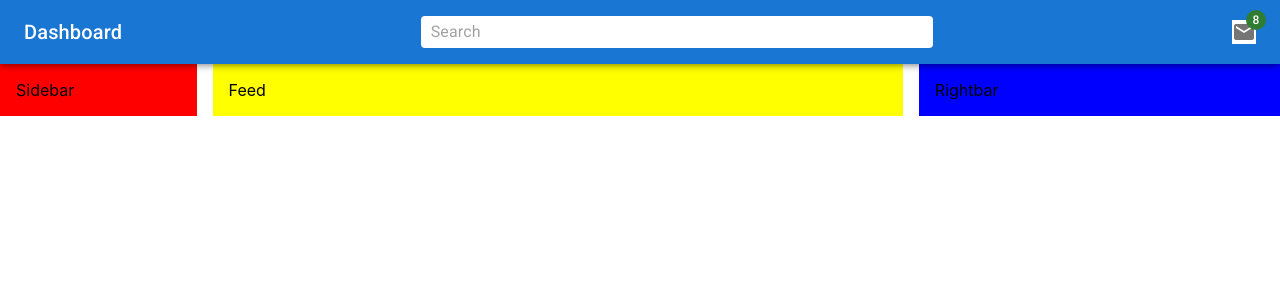
Repository: abubaker-cs/mui5_dashboard
Page: /
The author's editor kept a copy of each file at every save. The page is drawn from the files as they stood at one save, then again after the next save.
The browser window is 1280 px wide. The pictures show the whole page.
The project was rebuilt for these pictures with package versions that can differ from the ones it lists, and the page was loaded fresh each time. Also part of the build but not shown: src/App.css.

Above is the page before, as saved 2022-07-17 06:09:37.

After the next save:
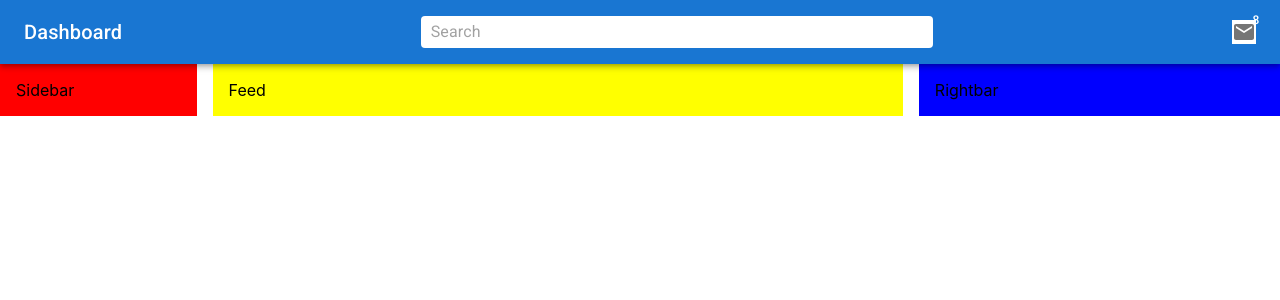
Saved 6 s later.
--- a/src/components/Navbar.jsx
+++ b/src/components/Navbar.jsx
@@ -55,7 +55,7 @@ const Navbar = () => {
           <InputBase placeholder="Search" />
         </Search>
         <Icons>
-          <Badge badgeContent={8} color="success">
+          <Badge badgeContent={8} color="white">
             <Mail color="action" />
           </Badge>
         </Icons>
